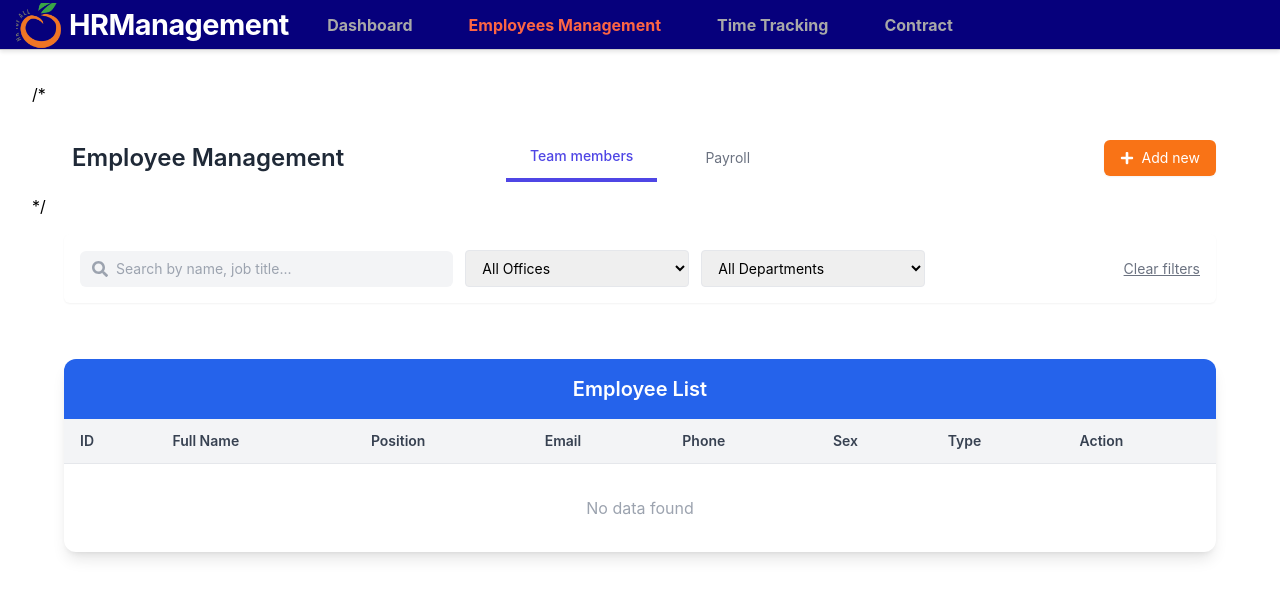
Repository: justJackiee/DA-251
Page: /employeemanagement (app in my-react-app/)
An editor plug-in stored every save of this project. The page is shown before and after a run of saves, followed by the edit.
The browser window is 1280 px wide. The pictures show the whole page.
The page's requests for data from a server got no answer. The project was rebuilt for these pictures with package versions that can differ from the ones it lists, and the page was loaded fresh each time. No one was signed in, and anything a server would have sent is missing. Also part of the build but not shown: my-react-app/src/App.css, my-react-app/src/components/pagination.js, my-react-app/src/pages/dashboard.js, my-react-app/src/components/button.js.

Above is the page before, as saved 2025-12-03 14:33:46.

### my-react-app/public/index.html
<!DOCTYPE html>
<html lang="en">
  <head>
    <meta charset="utf-8" />
    <link rel="icon" href="%PUBLIC_URL%/favicon.ico" />
    <meta name="viewport" content="width=device-width, initial-scale=1" />
    <meta name="theme-color" content="#000000" />
    <meta
      name="description"
      content="Web site created using create-react-app"
    />
    <link rel="apple-touch-icon" href="%PUBLIC_URL%/logo192.png" />
    <!--
      manifest.json provides metadata used when your web app is installed on a
      user's mobile device or desktop. See https://developers.google.com/web/fundamentals/web-app-manifest/
    -->
    <link rel="manifest" href="%PUBLIC_URL%/manifest.json" />

    <!-- Google Fonts - Baloo 2 -->
    <link rel="preconnect" href="https://fonts.googleapis.com">
    <link rel="preconnect" href="https://fonts.gstatic.com" crossorigin>
    <link href="https://fonts.googleapis.com/css2?family=Baloo+2:wght@400;500;600;700;800&display=swap" rel="stylesheet">

    <!--
      Notice the use of %PUBLIC_URL% in the tags above.
      It will be replaced with the URL of the `public` folder during the build.
      Only files inside the `public` folder can be referenced from the HTML.

      Unlike "/favicon.ico" or "favicon.ico", "%PUBLIC_URL%/favicon.ico" will
      work correctly both with client-side routing and a non-root public URL.
      Learn how to configure a non-root public URL by running `npm run build`.
    -->
    <title>React App</title>
  </head>
  <body>
    <noscript>You need to enable JavaScript to run this app.</noscript>
    <div id="root"></div>
    <!--
      This HTML file is a template.
      If you open it directly in the browser, you will see an empty page.

      You can add webfonts, meta tags, or analytics to this file.
      The build step will place the bundled scripts into the <body> tag.

      To begin the development, run `npm start` or `yarn start`.
      To create a production bundle, use `npm run build` or `yarn build`.
    -->
  </body>
</html>

### my-react-app/src/App.js
import React from "react";
import { FaSearch, FaTrash } from "react-icons/fa";
import logo from './logo.svg';
import './App.css';

import { HRNavbar } from './components/Navbar';
import CustomScrollbar from './components/schollbar';
import Pagination from './components/pagination'
import Dashboard from './pages/dashboard';
import EmployeeManagement from './pages/employeemanagement'; // modify to test CEmployeeTable
import {
  PrimaryButton,
  SecondaryButton,
  IconButton,
  DropdownButton,
} from "./components/button";

import {
    BrowserRouter as Router,
    Routes,
    Route,
} from "react-router-dom";

import { ThemeProvider } from "@material-tailwind/react";

function App() {
  return (
    <ThemeProvider>
    <Router>
      <div className="h-screen flex flex-col">
        <HRNavbar />

        <main className="flex-1 relative">
          {/* <PrimaryButton text="Save" onClick={() => alert("Saved!")} />
          <SecondaryButton text="Cancel" onClick={() => alert("Cancelled!")} />
          <IconButton icon={<FaSearch />} label="Search" onClick={() => alert("Searching...")} />
          <IconButton icon={<FaTrash />} label="Delete" onClick={() => alert("Deleted!")} /> */}
          {/* <DropdownButton
            label="Select Report"
            options={[
              { label: "Monthly Report", onClick: () => alert("Monthly selected") },
              { label: "Yearly Report", onClick: () => alert("Yearly selected") },
            ]}
          /> */}

          <CustomScrollbar>
            {/* <div className="p-4 md:p-8"> dùng để canh lề (margin)*/}
            <div className="p-4 md:p-8">
              <Routes>
                <Route path="/dashboard" element={<Dashboard />} />
                <Route path="/employeemanagement" element={<EmployeeManagement />} />
                <Route path="/contract" element={<h1>Contract Page</h1>} />
                <Route path="/timetracking" element={<h1>Time Tracking Page</h1>} />
                <Route path="/" element={
                  <header className="App-header">
                    <img src={logo} className="App-logo" alt="logo" />
                    <h1>Welcome to HR Management System</h1>
                    <p>Click on Dashboard in the navigation to get started!</p>
                  </header>
                } />
              </Routes>
            </div>
          </CustomScrollbar>
        </main>
      </div>
    </Router>
    </ThemeProvider>
  );
}

export default App;

### my-react-app/src/components/schollbar.js
import React from 'react';
import { Scrollbars } from 'react-custom-scrollbars-2';

// Đổi kiểu thumb
const CustomThumb = (props) => (
  <div {...props} className="bg-slate-500 rounded-full" />
);

// CustomScrollbar
function CustomScrollbar({ children }) {
  return (
    <Scrollbars
      renderThumbVertical={CustomThumb}
      style={{ width: '100%', height: '100%' }}
    >

      {children}

    </Scrollbars>
  );
}

export default CustomScrollbar;

### my-react-app/src/pages/employeemanagement.js
import React, { useEffect, useState, useMemo } from "react";
import axios from "axios"; // 1. Import axios
import CEmployeeTable from "../components/Table/CEmployeeTable";
import HeaderTabs from '../components/HeaderTabs';
import FiltersBar from '../components/FiltersBar';

function EmployeeManagement() {
  const [activeTab, setActiveTab] = useState('team');
  const [search, setSearch] = useState('');
  const [filters, setFilters] = useState({ office: '', department: '' });

  // 2. Khởi tạo data là mảng rỗng ban đầu (thay vì mock data)
  const [data, setData] = useState([]);
  const [loading, setLoading] = useState(true);

 // 3. Gọi API từ Backend khi component được load
  useEffect(() => {
    const fetchEmployees = async () => {
      try {
        const response = await axios.get('http://localhost:5000/api/employees');
        const apiData = response.data;

        // 4. MAPPING DỮ LIỆU (ĐÃ SỬA LỖI)
        const formattedData = apiData.map(emp => {
          // Xử lý an toàn: Nếu không có chức vụ thì để chuỗi rỗng
          const safePosition = emp.position || '';

          return {
            id: emp.id,
            // Ghép họ tên
            fullName: `${emp.fName} ${emp.mName ? emp.mName + ' ' : ''}${emp.lName}`,
            email: emp.email,
            phone: emp.phone,
            sex: emp.sex,
            // Nếu không có position thì hiện 'Staff' mặc định
            position: safePosition || 'Staff',
            type: emp.type, // Lưu ý: Backend bạn trả về 'type', không phải 'ceType' (check lại console log nếu cần)
            status: emp.status,
            // Xử lý địa chỉ an toàn
            location: emp.address ? emp.address.split(',').pop().trim() : 'Unknown',
            // SỬA LỖI CHÍNH TẠI ĐÂY: Kiểm tra safePosition thay vì emp.position
            department: safePosition.includes('HR') ? 'Human Resources' : 'Engineering'
          };
        });

        setData(formattedData);
        setLoading(false);
      } catch (error) {
        console.error("Lỗi khi tải danh sách nhân viên:", error);
        setLoading(false);
      }
    };

    fetchEmployees();
  }, []);

  const onFilterChange = (k, v) => setFilters((s) => ({ ...s, [k]: v }));
  const onClear = () => { setSearch(''); setFilters({ office: '', department: '' }); };

  const filteredData = useMemo(() => {
    return data.filter(emp => {
      const searchLower = search.toLowerCase();
      // Logic search cũ của bạn giữ nguyên
      const matchSearch = (emp.fullName && emp.fullName.toLowerCase().includes(searchLower)) ||
                          (emp.email && emp.email.toLowerCase().includes(searchLower));

      // Logic filter
      // Lưu ý: Nếu database chưa chuẩn department/office thì bộ lọc này có thể lọc hết dữ liệu.
      // Tạm thời tôi để logic lỏng hơn: Nếu filter rỗng thì luôn true.
      const matchDept = filters.department ? emp.department === filters.department : true;
      const matchOffice = filters.office ? (emp.location && emp.location.includes(filters.office)) : true;

      return matchSearch && matchDept && matchOffice;
    });
  }, [data, search, filters]);

  if (loading) {
    return <div className="p-10 text-center">Đang tải dữ liệu từ Server...</div>;
  }

  return (
    <div>
      /* <HeaderTabs active={activeTab} onTabChange={setActiveTab} /> */
      <FiltersBar search={search} onSearch={setSearch} filters={filters} onFilterChange={onFilterChange} onClear={onClear} />
      <div className="max-w-7xl mx-auto px-4 sm:px-6 lg:px-8 py-6">
        <CEmployeeTable data={filteredData} search={search} filters={filters} />
      </div>
    </div>
  );
}

export default EmployeeManagement;

### my-react-app/src/components/Table/CEmployeeTable.js
import React from "react";

function CEmployeeTable({
  // SỬA LỖI 2: Nhận prop 'data' thay vì 'employees' để khớp với file cha
  data = [],
  columns = null,
  title = "Employee List",
  showActions = true,
  onEdit = null
}) {
  // Gán data vào biến employees để dùng tiếp logic bên dưới
  const employees = data;

  // SỬA LỖI 3: Cập nhật cấu hình cột khớp với tên biến trong MOCK DATA (fullName, email...)
  const defaultColumns = [
    { header: "ID", accessor: "id" },
    { header: "Full Name", accessor: "fullName" }, // Dùng accessor trực tiếp vì data đã nối chuỗi rồi
    { header: "Position", accessor: "position" },
    { header: "Email", accessor: "email" },
    { header: "Phone", accessor: "phone" },
    {
      header: "Sex",
      // Sửa logic render giới tính
      render: (row) => row.sex === 'M' ? 'Male' : row.sex === 'F' ? 'Female' : row.sex
    },
    {
      header: "Type",
      render: (row) => (
        <span className={`px-2 py-1 rounded-full text-xs font-medium ${
            // Sửa logic check màu dựa trên value thực tế
            row.type === "HR" ? "bg-purple-100 text-purple-700" :
            row.type === "Freelance" ? "bg-orange-100 text-orange-700" :
            "bg-blue-100 text-blue-700"
        }`}>
          {row.type}
        </span>
      )
    }
  ];

  const tableColumns = columns || defaultColumns;

  const handleEdit = (item) => {
    if (onEdit) {
      onEdit(item);
    } else {
      window.location.href = `/employeemanagement/profile/${item.id}`;
    }
  };

  return (
    <div className="flex justify-center mt-4">
      <div className="w-full bg-white shadow-lg rounded-xl overflow-hidden">
        <div className="bg-blue-600 text-white text-center py-4 font-semibold text-xl">
          {title}
        </div>

        <div className="overflow-x-auto">
          <table className="w-full text-left border-collapse">
            <thead>
              <tr className="bg-gray-100 text-gray-700">
                {tableColumns.map((col, index) => (
                  <th key={index} className="py-3 px-4 text-left font-semibold border-b text-sm">
                    {col.header}
                  </th>
                ))}
                {showActions && <th className="py-3 px-4 text-left font-semibold border-b text-sm">Action</th>}
              </tr>
            </thead>
            <tbody>
              {employees.length === 0 ? (
                <tr>
                  <td colSpan={tableColumns.length + (showActions ? 1 : 0)} className="py-8 text-center text-gray-400">
                    No data found
                  </td>
                </tr>
              ) : (
                employees.map((item, rowIndex) => (
                  <tr key={item.id || rowIndex} className={`${rowIndex % 2 === 0 ? "bg-gray-50" : "bg-white"} hover:bg-blue-50 transition`}>
                    {tableColumns.map((col, colIndex) => (
                      <td key={colIndex} className="py-3 px-4 text-left border-b text-sm">
                        {/* Logic render an toàn */}
                        {col.render ? col.render(item) : item[col.accessor]}
                      </td>
                    ))}
                    {showActions && (
                      <td className="py-3 px-4 text-left border-b text-sm">
                        <button onClick={() => handleEdit(item)} className="text-blue-600 hover:underline font-medium">
                          View
                        </button>
                      </td>
                    )}
                  </tr>
                ))
              )}
            </tbody>
          </table>
        </div>
        {employees.length > 0 && (
          <div className="text-gray-500 text-sm text-right p-3 border-t">
            Showing {employees.length} record{employees.length !== 1 ? 's' : ''}
          </div>
        )}
      </div>
    </div>
  );
}

export default CEmployeeTable;

### my-react-app/src/components/HeaderTabs/index.js
import React from 'react';
import { FaPlus } from 'react-icons/fa';

export default function HeaderTabs({ title = 'Employee Management', active = 'team', onTabChange }) {
  return (
    <div className="bg-white">
      <div className="max-w-7xl mx-auto px-4 sm:px-6 lg:px-8 py-3">
        {/* Mobile: title + add button on same row; Desktop (md+): use 3-column grid so tabs sit centered and can't be overlapped */}
        {/* Mobile header: title and compact Add button on same row */}
        <div className="md:hidden flex items-center justify-between">
          <h1 className="text-lg sm:text-xl font-semibold text-gray-800 truncate">{title}</h1>
          <div>
            <button
              className="inline-flex items-center gap-2 px-3 py-2 bg-orange-500 hover:bg-orange-600 text-white rounded-md shadow-sm text-sm"
              aria-label="Add new"
            >
              <FaPlus />
              <span className="hidden sm:inline">Add new</span>
            </button>
          </div>
        </div>

        {/* Desktop grid: left empty, center tabs, right add button. Mobile: tabs appear below the title/add row */}
        <div className="mt-3 md:mt-4">
          {/* Desktop layout */}
          <div className="hidden md:grid md:grid-cols-3 md:items-center">
            <div className="pl-2">
              <h1 className="text-2xl font-semibold text-gray-800">{title}</h1>
            </div>

            <div className="flex justify-center">
              <nav
                className="flex justify-center w-full space-x-6 text-sm text-gray-500"
                role="tablist"
                aria-label="Employee management tabs"
              >
                <button
                  role="tab"
                  aria-selected={active === 'team'}
                  className={`flex-none px-4 py-2 sm:px-6 sm:py-3 ${active === 'team' ? 'text-indigo-600 font-medium border-b-4 border-indigo-600' : 'hover:text-indigo-600'}`}
                  onClick={() => onTabChange?.('team')}
                >
                  Team members
                </button>

                <button
                  role="tab"
                  aria-selected={active === 'payroll'}
                  className={`flex-none px-4 py-2 sm:px-6 sm:py-3 ${active === 'payroll' ? 'text-indigo-600 font-medium border-b-4 border-indigo-600' : 'hover:text-indigo-600'}`}
                  onClick={() => onTabChange?.('payroll')}
                >
                  Payroll
                </button>
              </nav>
            </div>

            <div className="flex justify-end">
              <button
                className="inline-flex items-center gap-2 px-4 py-2 bg-orange-500 hover:bg-orange-600 text-white rounded-md shadow-sm text-sm"
                aria-label="Add new"
              >
                <FaPlus />
                <span className="hidden sm:inline">Add new</span>
              </button>
            </div>
          </div>

          {/* Mobile layout: tabs below title/add row (centered horizontally but full width) */}
          <div className="md:hidden">
            <nav
              className="flex justify-center w-full space-x-6 text-sm text-gray-500 overflow-x-auto"
              role="tablist"
              aria-label="Employee management tabs"
            >
              <button
                role="tab"
                aria-selected={active === 'team'}
                className={`flex-none px-4 py-2 ${active === 'team' ? 'text-indigo-600 font-medium border-b-4 border-indigo-600' : 'hover:text-indigo-600'}`}
                onClick={() => onTabChange?.('team')}
              >
                Team members
              </button>

              <button
                role="tab"
                aria-selected={active === 'payroll'}
                className={`flex-none px-4 py-2 ${active === 'payroll' ? 'text-indigo-600 font-medium border-b-4 border-indigo-600' : 'hover:text-indigo-600'}`}
                onClick={() => onTabChange?.('payroll')}
              >
                Payroll
              </button>
            </nav>
          </div>
        </div>
      </div>
    </div>
  );
}

### my-react-app/src/components/FiltersBar.js
import React from 'react';
import { FaSearch } from 'react-icons/fa';

export default function FiltersBar({ search, onSearch, filters, onFilterChange, onClear }) {
  return (
    <div className="max-w-7xl mx-auto px-4 sm:px-6 lg:px-8 py-4">
  <div className="bg-white p-4 rounded-md shadow-sm flex flex-col md:flex-row md:items-center gap-3 overflow-visible relative z-50">
        {/* Search: flexible on larger screens, full width on small */}
        <div className="flex items-center w-full md:w-1/3 bg-gray-100 rounded-md px-3 py-2 min-w-0">
          <FaSearch className="text-gray-400 mr-2 flex-shrink-0" />
          <input
            value={search}
            onChange={(e) => onSearch?.(e.target.value)}
            className="bg-transparent flex-1 outline-none text-sm min-w-0"
            placeholder="Search by name, job title..."
            aria-label="Search employees"
          />
        </div>

        {/* Filters container: horizontally aligned on md+, stacked on xs */}
        <div className="flex w-full md:w-auto gap-3 items-center">
          <select
            value={filters.office || ''}
            onChange={(e) => onFilterChange?.('office', e.target.value)}
            className="border rounded px-3 py-2 text-sm w-full md:w-56 min-w-0"
            style={{ direction: 'ltr' }}
          >
            <option value="">All Offices</option>
            <option>PM Coop.</option>
            <option>Elevate Complex</option>
          </select>

          <select
            value={filters.department || ''}
            onChange={(e) => onFilterChange?.('department', e.target.value)}
            className="border rounded px-3 py-2 text-sm w-full md:w-56 min-w-0"
            style={{ direction: 'ltr' }}
          >
            <option value="">All Departments</option>
            <option>Production</option>
            <option>Marketing</option>
          </select>
        </div>

        <div className="ml-auto text-sm text-gray-500">
          <button onClick={onClear} className="underline">Clear filters</button>
        </div>
      </div>
    </div>
  );
}

Loaded but not shown: my-react-app/src/index.js (common file); my-react-app/src/index.css (common file); my-react-app/src/reportWebVitals.js (common file); my-react-app/tailwind.config.js (common file); my-react-app/src/components/Navbar/index.js (291 lines, source omitted)

After the next 2 saves:
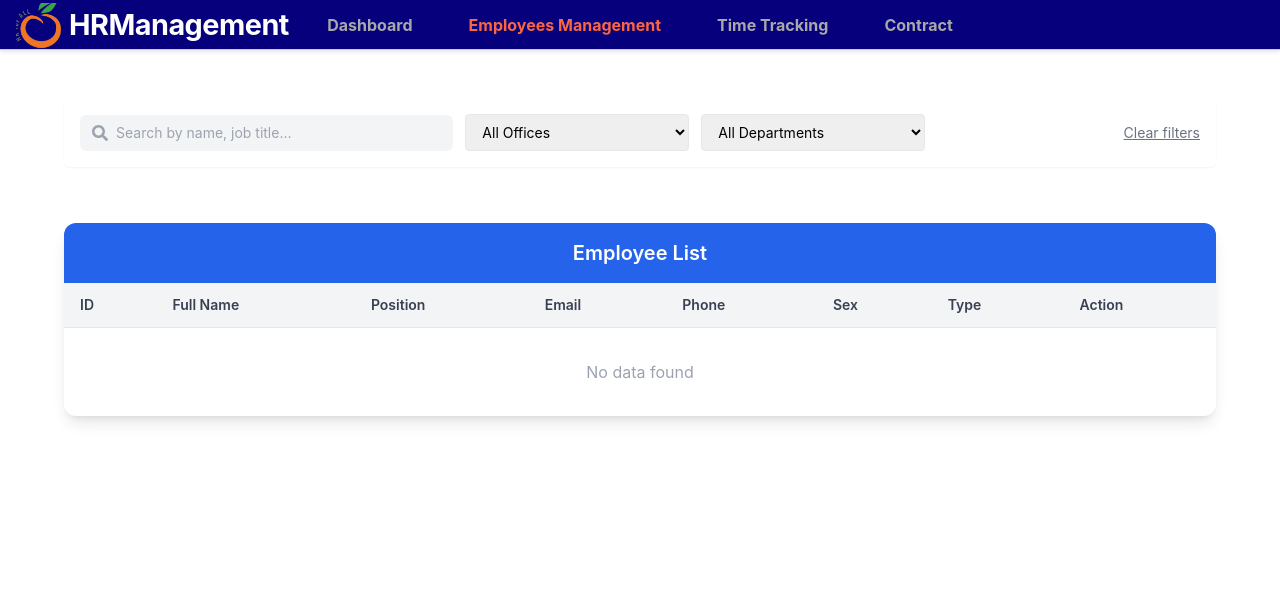
The 2 saves are shown as one change because they came seconds apart.
The last was saved 9 s later.
--- a/my-react-app/src/pages/employeemanagement.js
+++ b/my-react-app/src/pages/employeemanagement.js
@@ -80,7 +80,7 @@ function EmployeeManagement() {
 
   return (
     <div>
-      /* <HeaderTabs active={activeTab} onTabChange={setActiveTab} /> */
+      {/* <HeaderTabs active={activeTab} onTabChange={setActiveTab} /> */}
       <FiltersBar search={search} onSearch={setSearch} filters={filters} onFilterChange={onFilterChange} onClear={onClear} />
       <div className="max-w-7xl mx-auto px-4 sm:px-6 lg:px-8 py-6">
         <CEmployeeTable data={filteredData} search={search} filters={filters} />
